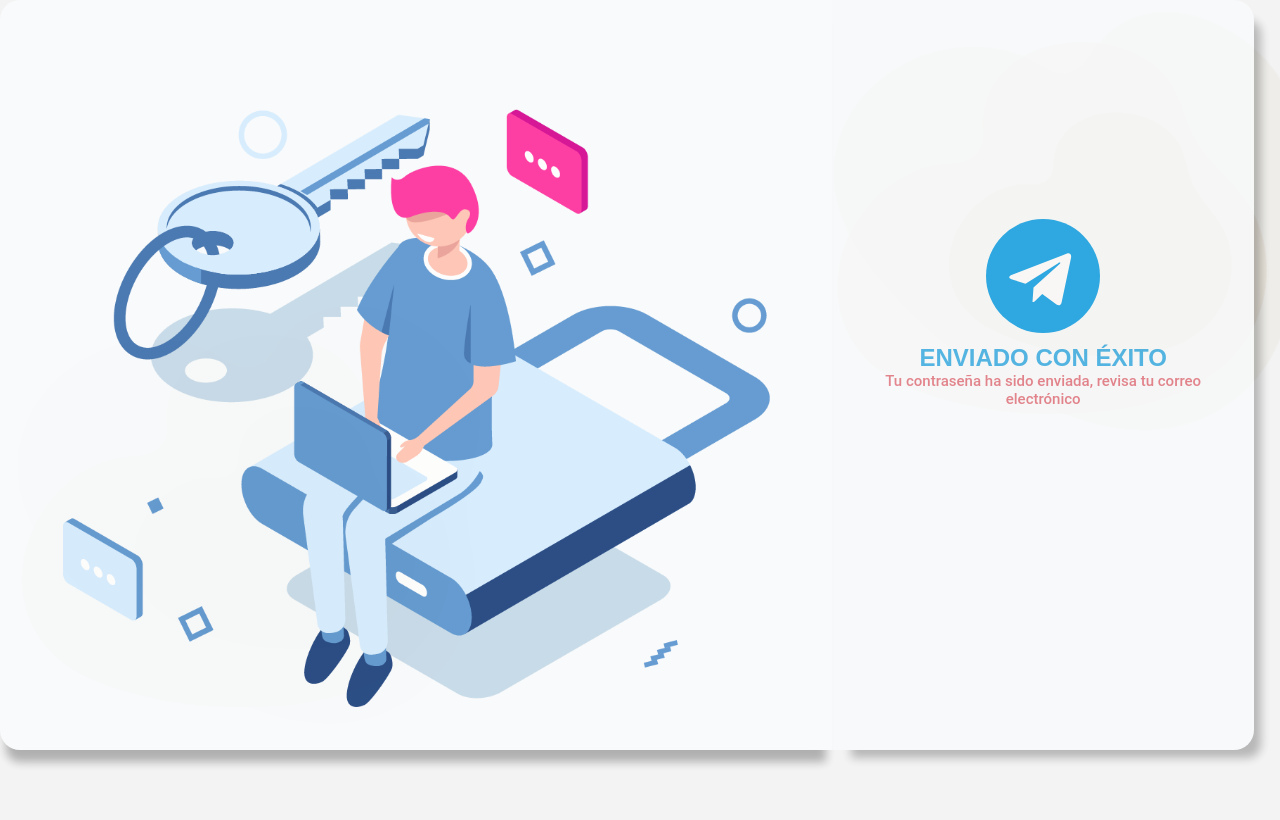
Repository: AlejandraBarrachina23/TPIntegrador_Barrachina_Java
Page: http://localhost/Alejandra_Barrachina_TP_Integrador1/error404.jsp
The author's editor kept a copy of each file at every save. The page is drawn from the files as they stood at one save, then again after the next save.
The browser window is 1280 px wide. The pictures show the whole page.
Some web libraries are served in a nearby version. The page is served by Tomcat 9. Nobody is signed in. The application's start-up code is not run.

Above is the page before, as saved 2019-12-04 22:01:31.

After the next save:
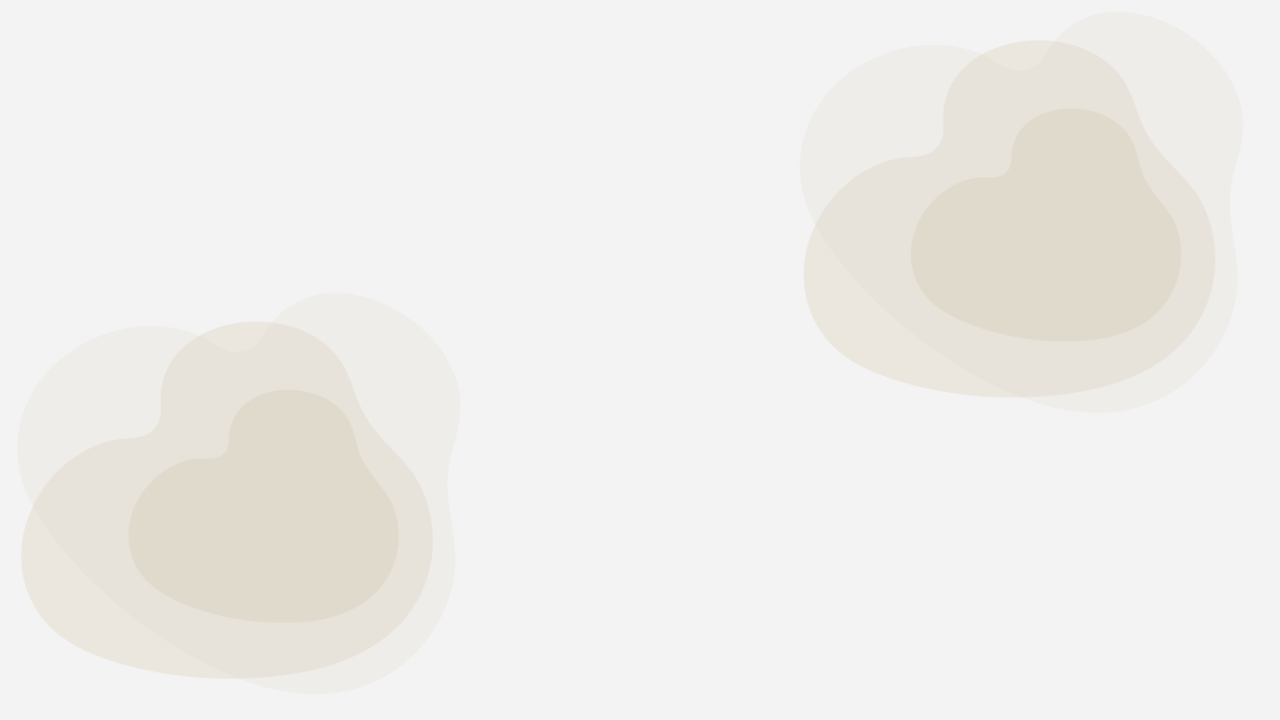
Saved 8 s later.
--- a/Alejandra_Barrachina_TP_Integrador1/WebContent/error404.jsp
+++ b/Alejandra_Barrachina_TP_Integrador1/WebContent/error404.jsp
@@ -12,17 +12,7 @@
 <body>
 
 <div id="error-404">
-	<div id="form-login-left">
-			<img src="img/fondo-seguridad.png" alt="fondo-universidad">
-		</div>
-		<div id="form-login-right">
-			<div id="login-informacion">
-					<div id="form-advertencia">
-						<img src="img/mail.svg" alt="icono-advertencia" class="icono-advertencia">
-						<h2 class="blue">ENVIADO CON ÉXITO</h2>
-						<p class="blue">Tu contraseña ha sido enviada, revisa tu correo electrónico </p>
-					</div>
-			</div>
+
 		</div>
 
 
